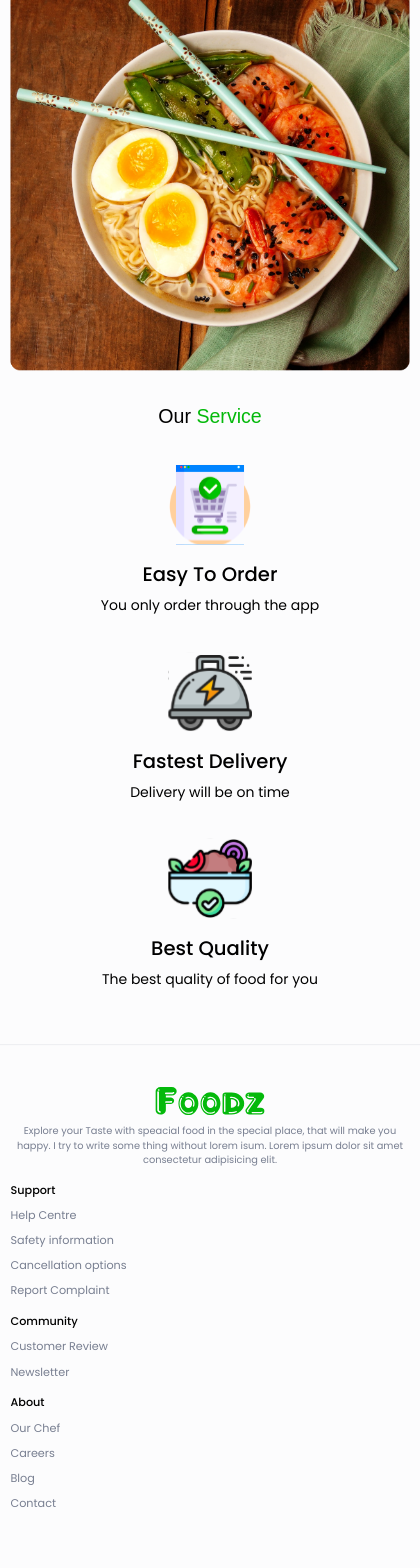
Repository: Toan3333/fooz
Page: assets/pages/about.html
The author's editor kept a copy of each file at every save. The page is drawn from the files as they stood at one save, then again after the next save.
The browser window is 600 px wide. The pictures show the part of the page from y = 420 to 2660 px (the page is 2660 px tall before and 2633 px after), at 70% of full size.
Some web fonts or font styles are not loaded; a fallback is used.

Above is the page before, as saved 2023-06-11 11:34:47.

After the next save:
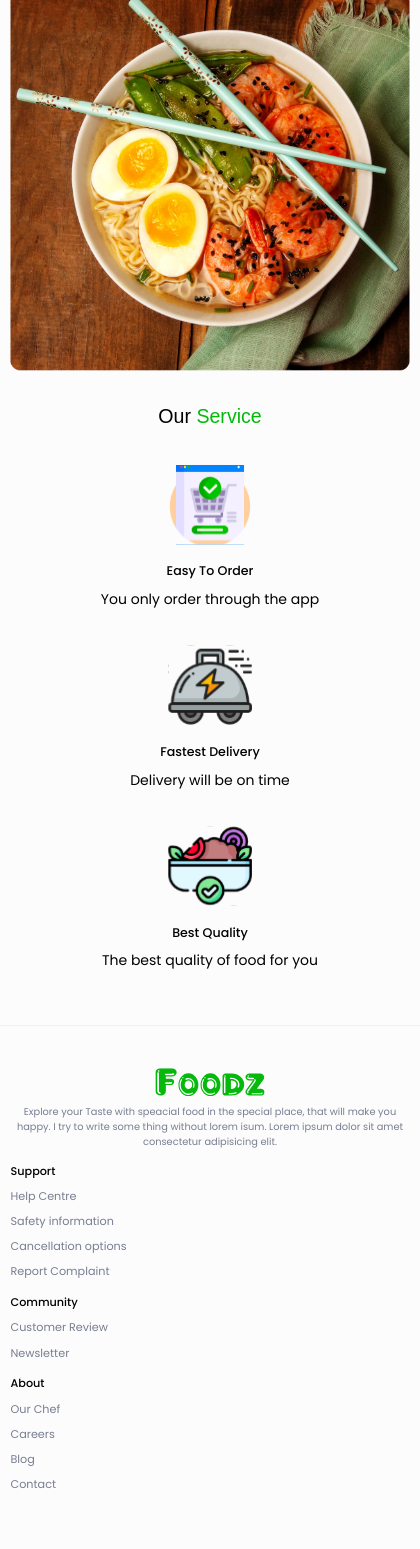
Saved 47 s later.
--- a/assets/css/responsive.css
+++ b/assets/css/responsive.css
@@ -391,4 +391,8 @@
     width: 100%;
     height: 100%;
   }
+  .service__list-title {
+    font-size: 18px;
+    line-height: 26px;
+  }
 }
